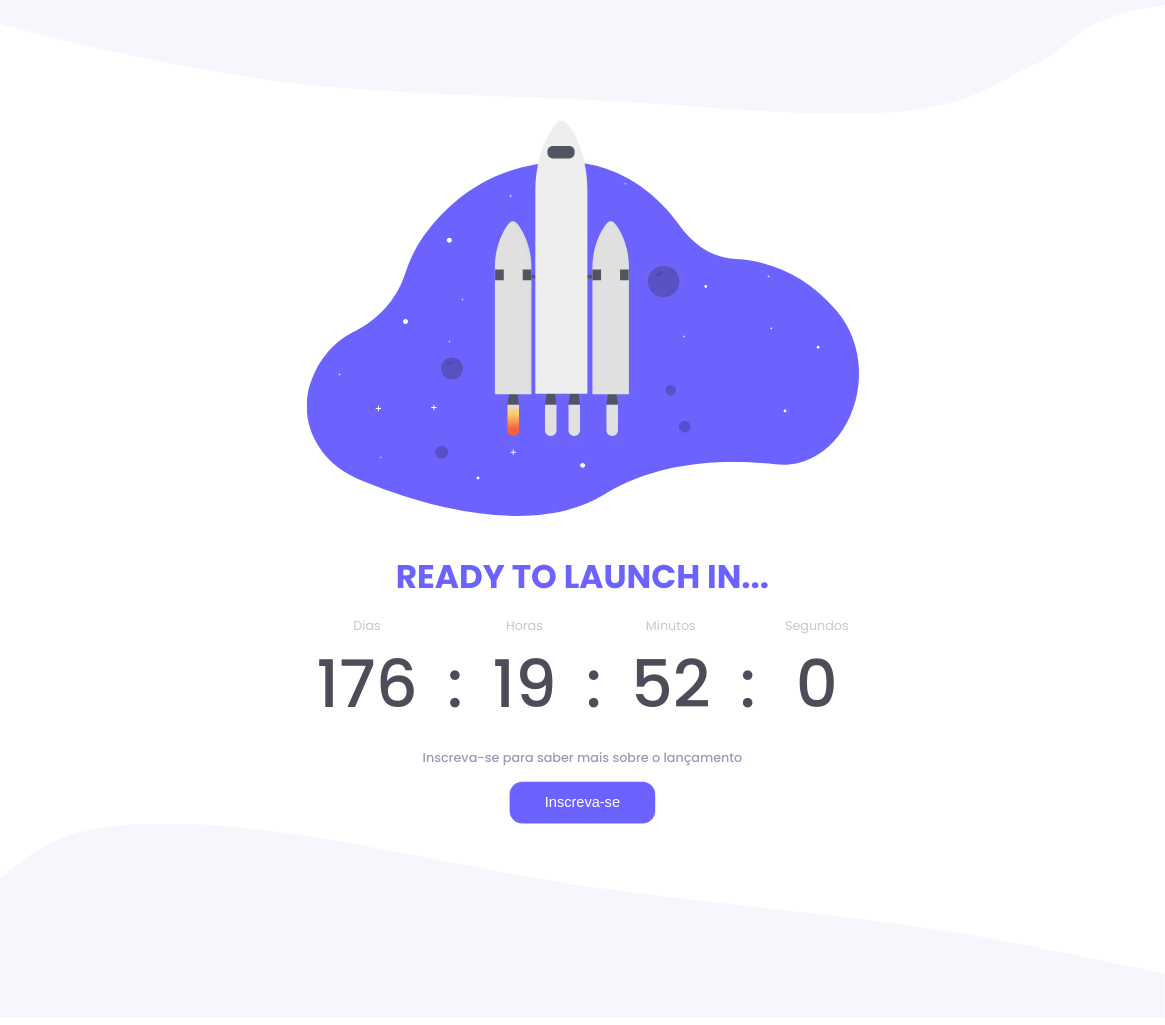
Repository: RickHub2002/Countdown
Page: index.html
These files come from the project's save history. The page is drawn as it stood at one moment and after the next save; the edit follows.
The browser window is 1280 px wide. The pictures show the whole page, at 91% of full size.

Above is the page before, as saved 2025-02-05 10:12:06.

### index.html
<!DOCTYPE html>
<html lang="en">
<head>
    <meta charset="UTF-8">
    <meta http-equiv="X-UA-Compatible" content="IE=edge">
    <meta name="viewport" content="width=device-width, initial-scale=1.0">
    <link rel="stylesheet" href="./assets/css/style.css">
    <title>Countdown</title>

    <!--fontes-->
    <link rel="preconnect" href="https://fonts.googleapis.com">
    <link rel="preconnect" href="https://fonts.gstatic.com" crossorigin>
    <link href="https://fonts.googleapis.com/css2?family=Poppins:wght@300;400;500;700&display=swap" rel="stylesheet">
</head>
<body>
    <header class="header">
        <img class="top-image" src="./assets/images/top-image.svg" />
        <!--top-image-->
    </header>
    <!--header-->

    <main class="main">
        <section class="left-side">
            <h1 id="mainTitle" class="main-title">READY TO LAUNCH IN...</h1>
            <div class="countdown">
                <div class="timer-info">
                    <div class="days-timer">
                        <span class="timer-info-span">Dias</span>
                        <!--hour-info-span-->
                        <span id="days" class="days">00</span>
                        <!--days-->
                    </div>
                    <span class="days-dots">:</span>
                    <!--days-dots-->
                    <div class="hours-timer">
                        <span class="timer-info-span">Horas</span>
                        <!--hour-info-span-->
                        <span id="hours" class="hours">00</span>
                        <!--days-->
                    </div>
                    <span class="hours-dots">:</span>
                    <!--days-dots-->
                    <div class="minutes-timer">
                        <span class="timer-info-span">Minutos</span>
                        <!--hour-info-span-->
                        <span id="minutes" class="minutes">00</span>
                        <!--days-->
                    </div>
                    <span class="minutes-dots">:</span>
                    <!--days-dots-->
                    <div class="seconds-timer">
                        <span class="timer-info-span">Segundos</span>
                        <!--hour-info-span-->
                        <span id="seconds" class="seconds">00</span>
                        <!--days-->
                    </div>
                </div>
            </div>
            <!--countdown-->
            <p class="sub-desc">Inscreva-se para saber mais sobre o lançamento</p>
            <!--sub-desc-->
            <button id="subButton" class="sub-button">Inscreva-se</button>
            <!--sub-button-->
        </section>
        <!--left-side-->
        <section class="right-side">
            <img class="rocket" src="./assets/images/rocket.svg" />
            <!--rocket-->
        </section>
        <!--right-side-->
    </main>
    <!--main-->

    <footer class="footer">
        <img class="bottom-image" src="./assets/images/bottom-image.svg" />
        <!--bottom-image-->
    </footer>
    <!--footer-->

    <script src="./assets/js/main.js"></script>
</body>
</html>

### assets/css/style.css
html, body {
    height: 100%;
}

* {
    margin: 0;
    padding: 0;
    box-sizing: border-box;
}

:root {
    --black: #4D4C59;
    --purple: #6C63FF;
    --light-grey: #C8C8C8;
    --text-color: #9C9AB6;
}

body {
    font-family: 'Poppins', sans-serif;
}

.header {
    width: 100%;
}

.top-image {
    width: 100%;
}

.main {
    display: flex;
    justify-content: space-between;
    align-items: center;
    gap: 2rem;

    padding: 10px 40px;
}

.left-side {
    display: flex;
    flex-direction: column;
    align-items: center;
    gap: 1rem;
}

.main-title {
    color: var(--purple);

    text-align: center;

    font-size: 2.25rem;
    font-weight: 700;
}

.countdown {
    display: flex;
    flex-direction: column;
    align-items: center;
    justify-content: center;
}

.timer-info {
    display: flex;
    align-items: flex-end;
    justify-content: center;
    gap: 2rem;
}

.timer-info-span {
    color: var(--light-grey);

    font-size: 0.875rem;
    font-weight: 400;
}

.days-timer, .hours-timer, .minutes-timer, .seconds-timer {
    display: flex;
    flex-direction: column;
    align-items: center;
}

.days, .hours, .minutes, .seconds, .days-dots, .hours-dots, .minutes-dots {
    font-size: 4.5rem;
    font-weight: 500;

    color: var(--black);
}

.sub-desc {
    font-size: 0.875rem;
    font-weight: 500;

    text-align: center;

    color: var(--text-color);
}

.sub-button {
    width: 160px;
    height: 46px;

    background-color: var(--purple);
    color: #fff;

    font-size: 1rem;
    font-weight: 500;

    border: 0;
    border-radius: 14px;
}

.sub-button:hover {
    cursor: pointer;

    filter: brightness(110%);
    transition: 0.2s;
}

.footer {
    width: 100%;
}

.bottom-image {
    width: 100%;
}

@media screen and (max-width: 1280px) {
    .main {
        display: flex;
        flex-direction: column;
        justify-content: center;
        align-items: center;
        gap: 2rem;

        padding: 0;
    }

    .left-side {
        order: 1;
    }
}

@media screen and (max-width: 700px) {
    .main {
        display: flex;
        justify-content: center;
        align-items: center;
        gap: 1rem;

        padding: 10px 80px;
    }

    .right-side {
        display: flex;
        justify-content: center;

        width: 100%;
    }

    .rocket {
        width: 100%;
    }
}

@media screen and (max-width: 650px) {
    .timer-info {
        flex-direction: column;
        align-items: center;
    }

    .days-timer, .hours-timer, .minutes-timer {
        border-bottom: 1px solid var(--text-color);
        padding-bottom: 1rem;
    }

    .days-dots, .hours-dots, .minutes-dots {
        display: none;
    }
}

### assets/js/main.js
let countdownDate = new Date("Aug 1, 2025 06:00:00").getTime()
let birthday = new Date("Aug 1, 2002").getTime()

console.log(countdownDate)
console.log(birthday)

let interval = setInterval(function() {
    let nowDate = new Date().getTime()

    let distance = countdownDate - nowDate

    days.innerHTML = Math.floor(distance / (1000 * 60 * 60 * 24));
    hours.innerHTML = Math.floor((distance % (1000 * 60 * 60 * 24)) / (1000 * 60 * 60));
    minutes.innerHTML = Math.floor((distance % (1000 * 60 * 60)) / (1000 * 60));
    seconds.innerHTML = Math.floor((distance % (1000 * 60)) / 1000);

    if(distance < 0) {
        clearInterval(interval)
    }
}, 1000)

subButton.addEventListener('click', () => {
    alert('Data do meu aniversário!')
})

After the next save:
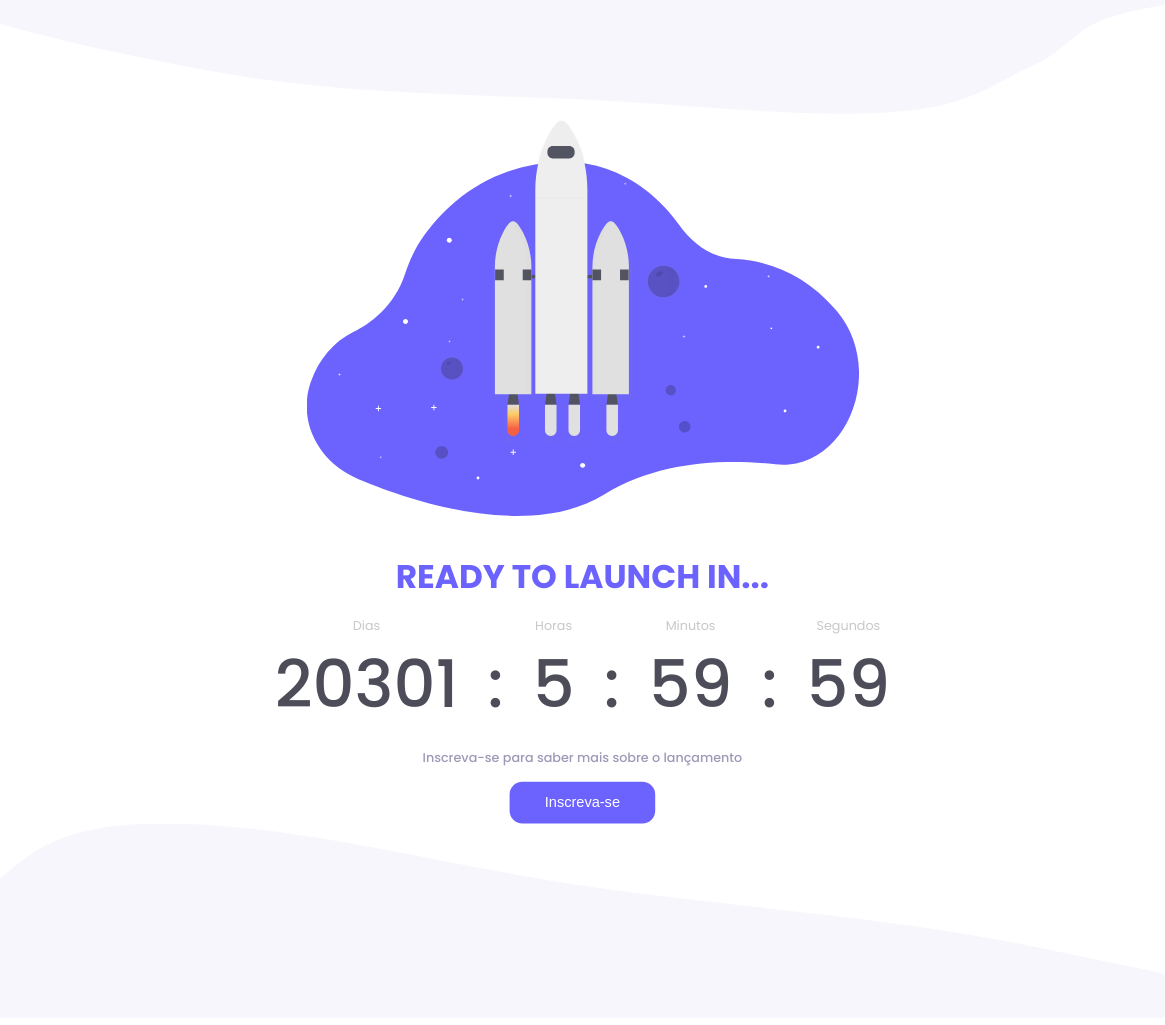
Saved 18 s later.
--- a/assets/js/main.js
+++ b/assets/js/main.js
@@ -5,7 +5,7 @@
 console.log(birthday)
 
 let interval = setInterval(function() {
-    let nowDate = new Date().getTime()
+    let nowDate = new Date().getDay()
 
     let distance = countdownDate - nowDate
 

After the save that followed:
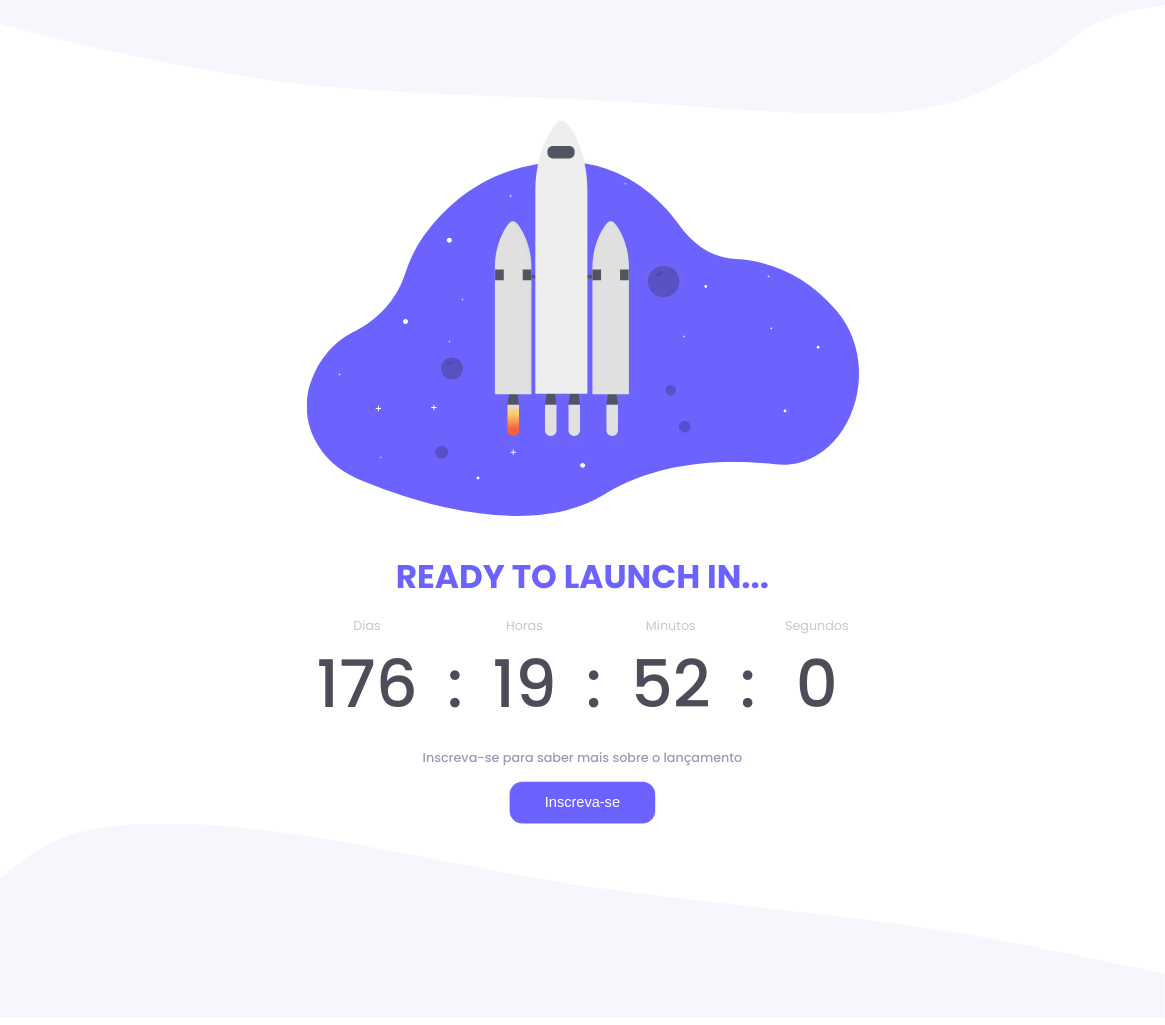
Saved 7 s later.
--- a/assets/js/main.js
+++ b/assets/js/main.js
@@ -5,7 +5,7 @@
 console.log(birthday)
 
 let interval = setInterval(function() {
-    let nowDate = new Date().getDay()
+    let nowDate = new Date().getTime()
 
     let distance = countdownDate - nowDate
 
